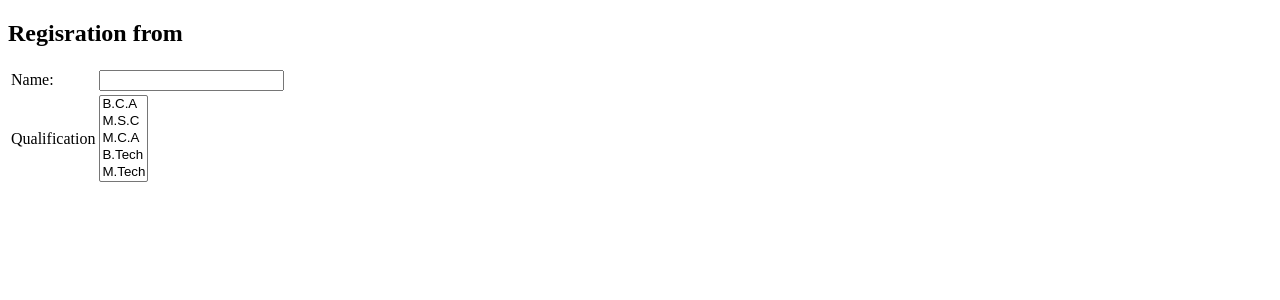
Repository: veeresh-kc/Servlet-Projects
Page: Servelet-Project-Demo2/src/main/webapp/html/index.html
These files come from the project's save history. The page is drawn as it stood at one moment and after the next save; the edit follows.
The browser window is 1280 px wide. The pictures show the whole page.

Above is the page before, as saved 2025-10-28 02:45:32.

### Servelet-Project-Demo2/src/main/webapp/html/index.html
<!DOCTYPE html>
<html>
<head>
<meta charset="ISO-8859-1">
<title>Regisration from</title>
</head>
<body>
<h2>Regisration from</h2>
<form action="" method="post">
<table>
	<tr>
	<td>Name:</td>
	<td><input type="text" name="participantName"></td>
	</tr>
	<tr>
	<td>Qualification</td>
	<td><select size="5" name="qualification">
	<option value="BCA">B.C.A</option>
	<option value="MSC">M.S.C</option>
	<option value="MCA">M.C.A</option>
	<option value="BTch">B.Tech</option>
	<option value="MTech">M.Tech</option>
	</select></td>
	</tr>


</table>




</form>
</body>
</html>

After the next save:
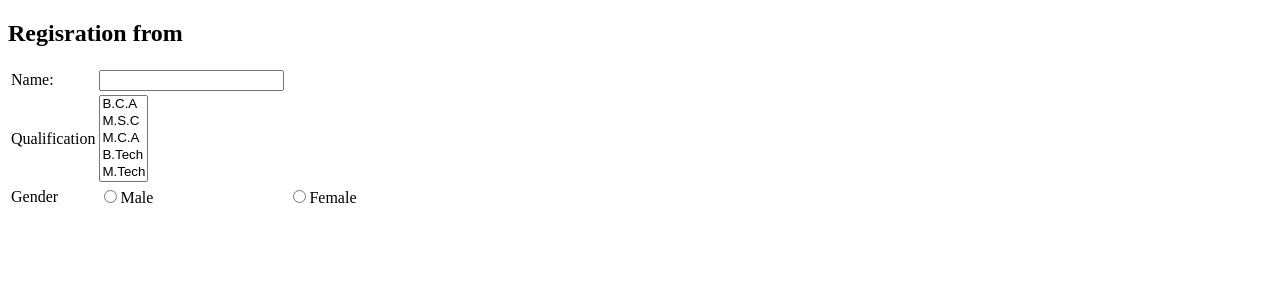
Saved 2 min 51 s later.
--- a/Servelet-Project-Demo2/src/main/webapp/html/index.html
+++ b/Servelet-Project-Demo2/src/main/webapp/html/index.html
@@ -22,6 +22,12 @@
 	<option value="MTech">M.Tech</option>
 	</select></td>
 	</tr>
+	<tr>
+	<td>Gender</td>
+	<td><input type="radio" name="gender">Male</td>
+	<td><input type="radio" name="gender">Female</td>
+
+	</tr>
 
 
 </table>
